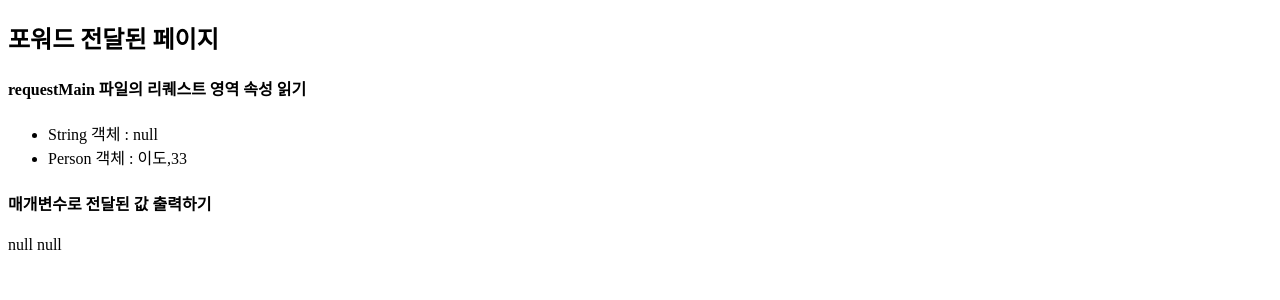
Repository: chanhee0506/spring
Page: http://localhost/ScopeWeb/request/requestMain.jsp
These files come from the project's save history. The page is drawn as it stood at one moment and after the next save; the edit follows.
The browser window is 1280 px wide. The pictures show the whole page.
The page is served by Tomcat 9. Other server files are loaded and not shown.

Above is the page before, as saved 2023-03-30 03:38:53.

### ScopeWeb/src/main/webapp/request/requestMain.jsp
<%@page import="com.earth.pluto.Person"%>
<%@ page language="java" contentType="text/html; charset=UTF-8"
    pageEncoding="UTF-8"%>
<%
	request.setAttribute("requestString", "request 영역의 문자열");
	request.setAttribute("requestPerson", new Person("이도",33));
%>
<!DOCTYPE html>
<html lang="ko">
<head>
    <meta charset="UTF-8">
    <meta http-equiv="X-UA-Compatible" content="IE=edge">
    <meta name="viewport" content="width=device-width, initial-scale=1.0">
    <title>request 영역</title>
</head>
<body>
	<h2>request 영역의 속성값 삭제하기 및 읽기</h2>
	<%
		request.removeAttribute("requestString");
		request.removeAttribute("requestInteger");			//에러없음

		Person rPerson = (Person)(request.getAttribute("requestPerson"));
	%>

	<h2>request 영역의 속성값 읽기</h2>
	<ul>
		<li>String 객체 : <%= request.getAttribute("requestString") %></li>
		<li>Person 객체 : <%= rPerson.getName()%>,<%= rPerson.getAge()%></li>
	</ul>

	<%
		request.getRequestDispatcher("requestForward.jsp").forward(request, response);
	%>
</body>
</html>

### ScopeWeb/src/main/webapp/request/requestForward.jsp
<%@page import="com.earth.pluto.Person"%>
<%@ page language="java" contentType="text/html; charset=UTF-8"
    pageEncoding="UTF-8"%>
<!DOCTYPE html>
<html lang="ko">
<head>
    <meta charset="UTF-8">
    <meta http-equiv="X-UA-Compatible" content="IE=edge">
    <meta name="viewport" content="width=device-width, initial-scale=1.0">
    <title>request 영역</title>
</head>
<body>
		<h2>포워드 전달된 페이지</h2>
		<h4>requestMain 파일의 리퀘스트 영역 속성 읽기</h4>

		<%
			Person rPerson = (Person)(request.getAttribute("requestPerson"));
		%>
	<ul>
		<li>String 객체 : <%= request.getAttribute("requestString") %></li>
		<li>Person 객체 : <%= rPerson.getName()%>,<%= rPerson.getAge()%></li>
	</ul>

	<h4>매개변수로 전달된 값 출력하기</h4>
	<%
		request.setCharacterEncoding("utf-8");
		out.println(request.getParameter("paramOne"));
		out.println(request.getParameter("paramTwo"));
	%>
</body>
</html>

### ScopeWeb/src/main/java/com/earth/pluto/Person.java
package com.earth.pluto;

public class Person {

	private String name;
	private int age;

	public Person(){}

	public Person(String name, int age) {
		this.name = name;
		this.age = age;
	}

	public String getName() {
		return name;
	}

	public void setName(String name) {
		this.name = name;
	}

	public int getAge() {
		return age;
	}

	public void setAge(int age) {
		this.age = age;
	}


}

After the next save:
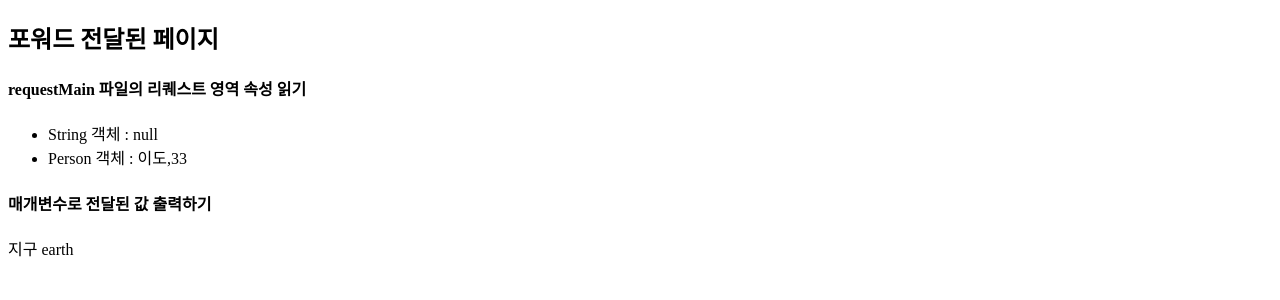
Saved 2 s later.
--- a/ScopeWeb/src/main/webapp/request/requestMain.jsp
+++ b/ScopeWeb/src/main/webapp/request/requestMain.jsp
@@ -29,7 +29,7 @@
 	</ul>
 
 	<%
-		request.getRequestDispatcher("requestForward.jsp").forward(request, response);
+		request.getRequestDispatcher("requestForward.jsp?paramOne=지구&paramTwo=earth").forward(request, response);
 	%>
 </body>
 </html>
